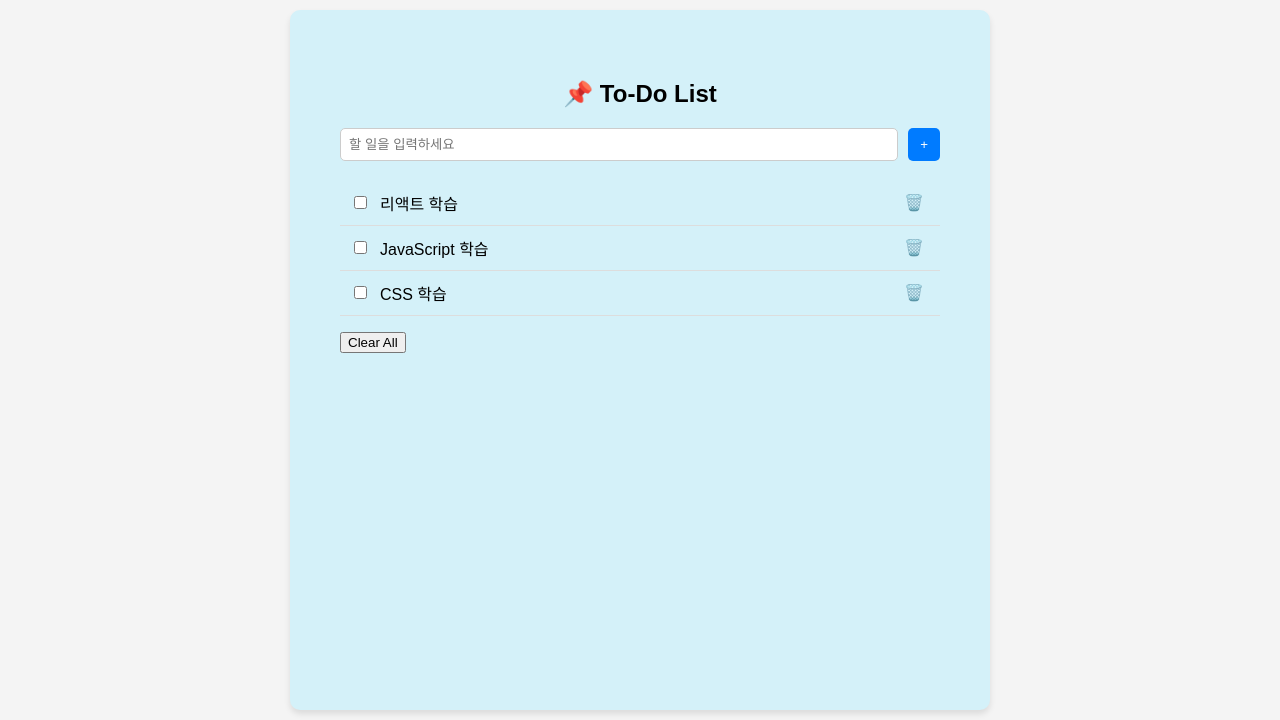
Repository: jongheonleee/todo-list
Page: /
The author's editor kept a copy of each file at every save. The page is drawn from the files as they stood at one save, then again after the next save.
The browser window is 1280 px wide. The pictures show the whole page.
The project was rebuilt for these pictures with package versions that can differ from the ones it lists, and the page was loaded fresh each time.

Above is the page before, as saved 2025-02-20 13:16:37.

After the next save:
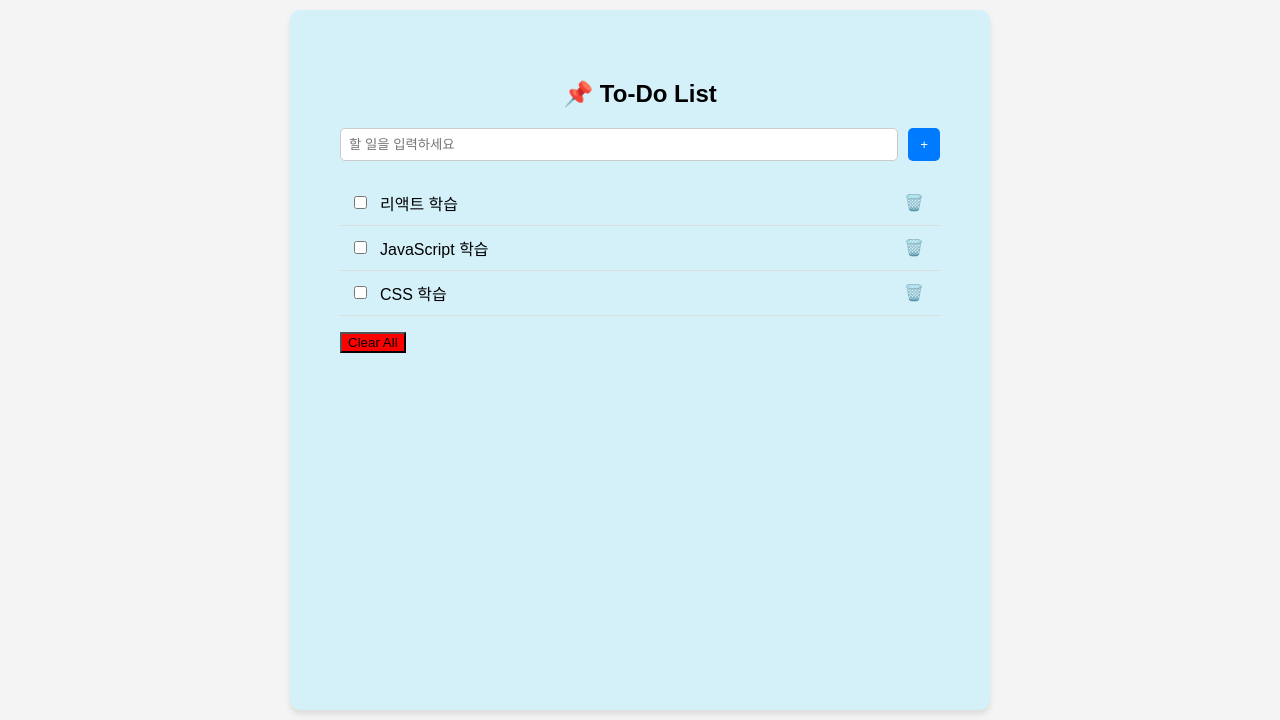
Saved 20 s later.
--- a/src/App.css
+++ b/src/App.css
@@ -79,3 +79,7 @@ input[type="text"] {
 .delete-btn:hover {
   color: darkred;
 }
+
+.clear-btn {
+  background-color: red;
+}
